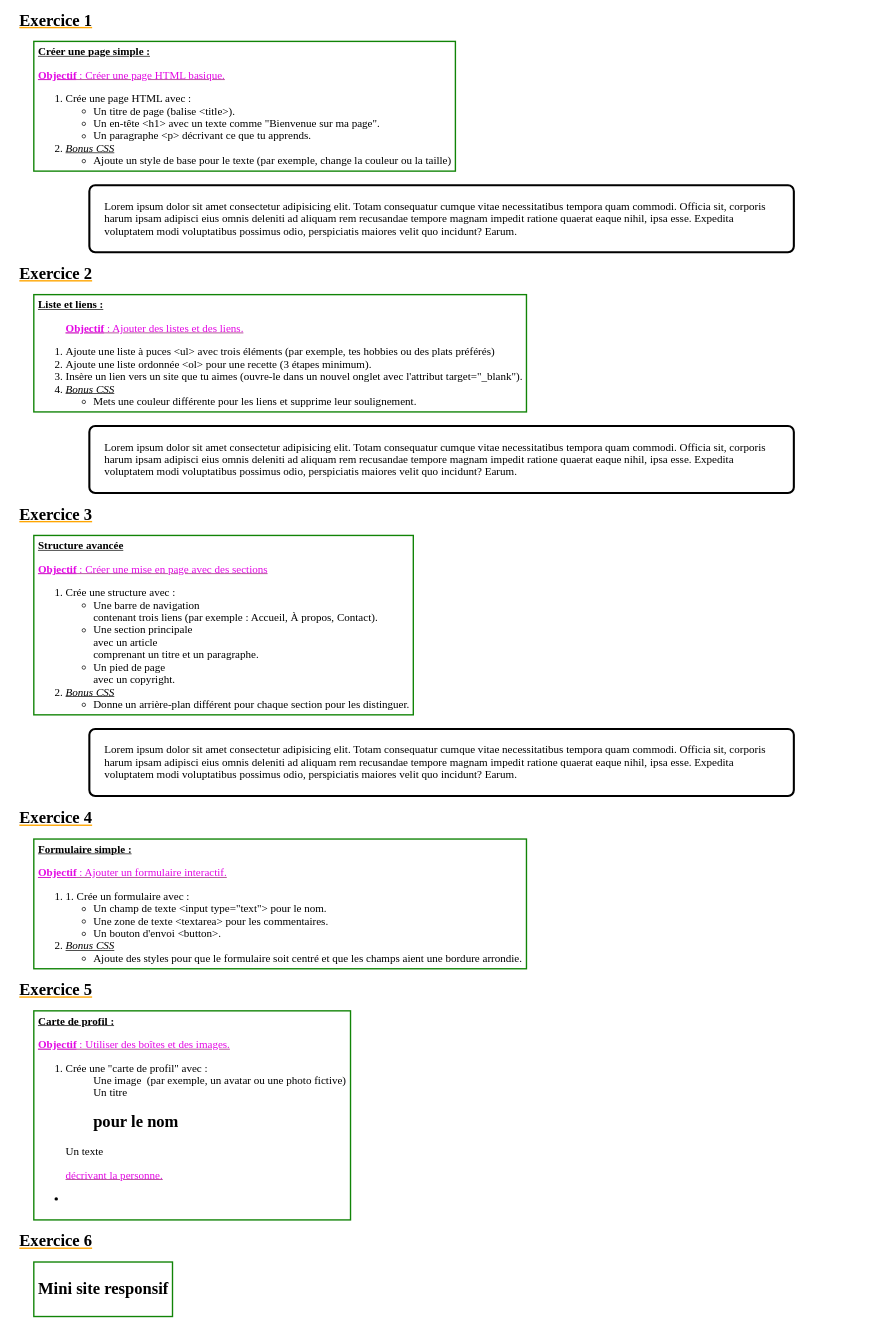
Repository: AnnaSpirit/Mimo_App
Page: Exercices_HTML&CSS.html
The author's editor kept a copy of each file at every save. The page is drawn from the files as they stood at one save, then again after a run of saves.
The browser window is 1280 px wide. The pictures show the whole page, at 69% of full size.

Above is the page before, as saved 2024-12-08 10:50:31.

### Exercices_HTML&CSS.html
<!DOCTYPE html>
<html lang="en">
<head>
    <meta charset="UTF-8">
    <meta name="viewport" content="width=device-width, initial-scale=1.0">
    <link rel="stylesheet" href="styleCSS.css">
    <title>Exercices HTML & CSS</title>
</head>
<body>
<div>
    <h1>Exercice 1</h1>
    <span class="Consigne"><b>Créer une page simple :</b><br>
        <p><b>Objectif</b> : Créer une page HTML basique.</p>
        <ol>
            <li>Crée une page HTML avec :
                <ul>
                    <li>Un titre de page (balise &lt;title&gt;).</li>
                    <li>Un en-tête &lt;h1&gt; avec un texte comme "Bienvenue sur ma page".</li>
                    <li>Un paragraphe &lt;p&gt; décrivant ce que tu apprends.</li>
                </ul>
            </li>
            <li><em>Bonus CSS</em>
                <ul>
                    <li>Ajoute un style de base pour le texte (par exemple, change la couleur ou la taille)</li>
                </ul>
            </li>
        </ol>
    </span>
    <br>
    <br>
    <span class="Resultat">Lorem ipsum dolor sit amet consectetur adipisicing elit. Totam consequatur cumque vitae necessitatibus tempora quam commodi. Officia sit, corporis harum ipsam adipisci eius omnis deleniti ad aliquam rem recusandae tempore magnam impedit ratione quaerat eaque nihil, ipsa esse. Expedita voluptatem modi voluptatibus possimus odio, perspiciatis maiores velit quo incidunt? Earum.</span>

</div>
    <div>
        <h1>Exercice 2</h1>
    <span class="Consigne"><b>Liste et liens :</b>
        <ol>
            <p><b>Objectif</b> : Ajouter des listes et des liens.</p>
            <li>Ajoute une liste à puces &lt;ul&gt; avec trois éléments (par exemple, tes hobbies ou des plats préférés)</li>
            <li>Ajoute une liste ordonnée &lt;ol&gt; pour une recette (3 étapes minimum).</li>
            <li>Insère un lien <a> vers un site que tu aimes (ouvre-le dans un nouvel onglet avec l'attribut target="_blank").</li>
            <li><em>Bonus CSS</em>
                <ul>
                    <li>Mets une couleur différente pour les liens et supprime leur soulignement.</li>
                </ul>
            </li>
        </ol>
    </span>
    <br>
    <br>
    <span class="Resultat">Lorem ipsum dolor sit amet consectetur adipisicing elit. Totam consequatur cumque vitae
        necessitatibus tempora quam commodi. Officia sit, corporis harum ipsam adipisci eius omnis deleniti ad aliquam rem
        recusandae tempore magnam impedit ratione quaerat eaque nihil, ipsa esse. Expedita voluptatem modi voluptatibus
        possimus odio, perspiciatis maiores velit quo incidunt? Earum.</span>
    </div>
    <div>
        <h1>Exercice 3</h1>
        <span class="Consigne"><b>Structure avancée</b><br>
        <p><b>Objectif</b> : Créer une mise en page avec des sections</p>
        <ol>
            <li>Crée une structure avec :</li>
            <ul>
                <li>Une barre de navigation <nav> contenant trois liens (par exemple : Accueil, À propos, Contact).</li>
                <li>Une section principale <main> avec un article <article> comprenant un titre et un paragraphe.</li>
                <li>Un pied de page <footer> avec un copyright.</li>
            </ul>
            <li><em>Bonus CSS </em></li>
            <ul>
                <li>Donne un arrière-plan différent pour chaque section pour les distinguer.</li>
            </ul></li>
        </ol>
    </span>
    <br>
    <br>
    <span class="Resultat">Lorem ipsum dolor sit amet consectetur adipisicing elit. Totam consequatur cumque vitae
        necessitatibus tempora quam commodi. Officia sit, corporis harum ipsam adipisci eius omnis deleniti ad aliquam rem
        recusandae tempore magnam impedit ratione quaerat eaque nihil, ipsa esse. Expedita voluptatem modi voluptatibus
        possimus odio, perspiciatis maiores velit quo incidunt? Earum.</span>
    </div>
    <div>
        <h1>Exercice 4</h1>
    <span class="Consigne"><b>Formulaire simple :</b><br>
        <p><b>Objectif</b> : Ajouter un formulaire interactif.</p>
        <ol>
            <li>1. Crée un formulaire avec :</li>
                <ul>
                    <li>Un champ de texte &lt;input type="text"&gt; pour le nom.</li>
                    <li>Une zone de texte &lt;textarea&gt; pour les commentaires.</li>
                    <li>Un bouton d'envoi &lt;button&gt;.</li>
                </ul>
            </li>
            <li><em>Bonus CSS</em>
                <ul>
                    <li>Ajoute des styles pour que le formulaire soit centré et que les champs aient une bordure arrondie.</li>
                </ul>
            </li>
        </ol>
    </div>
    <div>
        <h1>Exercice 5</h1>
        <span class="Consigne"><b>Carte de profil :</b><br>
            <p><b>Objectif</b> : Utiliser des boîtes et des images.</p>
            <ol>
                <li>Crée une "carte de profil" avec :</li>
                    <ul>
                        Une image <img> (par exemple, un avatar ou une photo fictive)</ul>
                    <ul>Un titre <h2> pour le nom</ol>
                    <ul>Un texte <p> décrivant la personne.</ol>
                </li>
                <li>
                    <ol></ol>
                </li>
            </ol>
    </div>
    <div>
        <h1>Exercice 6</h1>

    <span class="Consigne">
        <h2>Mini site responsif</span>
    </div>
</body>
</html>

### styleCSS.css
html{
    margin: 0 20px 0 20px;
}
h1{
    font-weight: bold;
    font-size: x-large;
    text-decoration: underline orange;
}

ol{
    margin-top: 5px;
    margin-bottom: 0;
}

.Consigne{
    border: 2px solid rgb(17, 132, 7);
        /* Une bordure noire de 2px */
        padding: 5px;
        /* Espace entre le texte et la bordure */
        display: inline-block;
        /* S'assurer que la bordure s'adapte au texte */
        margin: 0 20px;
            /* Décalage de 20px à droite et à gauche */
}
p{
    text-decoration: underline rgb(149, 18, 112);
    color: rgb(228, 7, 228);
}
b, em{
    font-family: fantasy;
    text-decoration: underline;
}
.Resultat{
    border: 3px solid black;
    /* Une bordure noire de 2px */
    padding: 20px;
    /* Espace entre le texte et la bordure */
    border-radius: 10px;
    /* Coins arrondis */
    display: inline-block;
    /* S'assurer que la bordure s'adapte au texte */
    margin: 0 100px 0 100px;
}

After the next 2 saves:
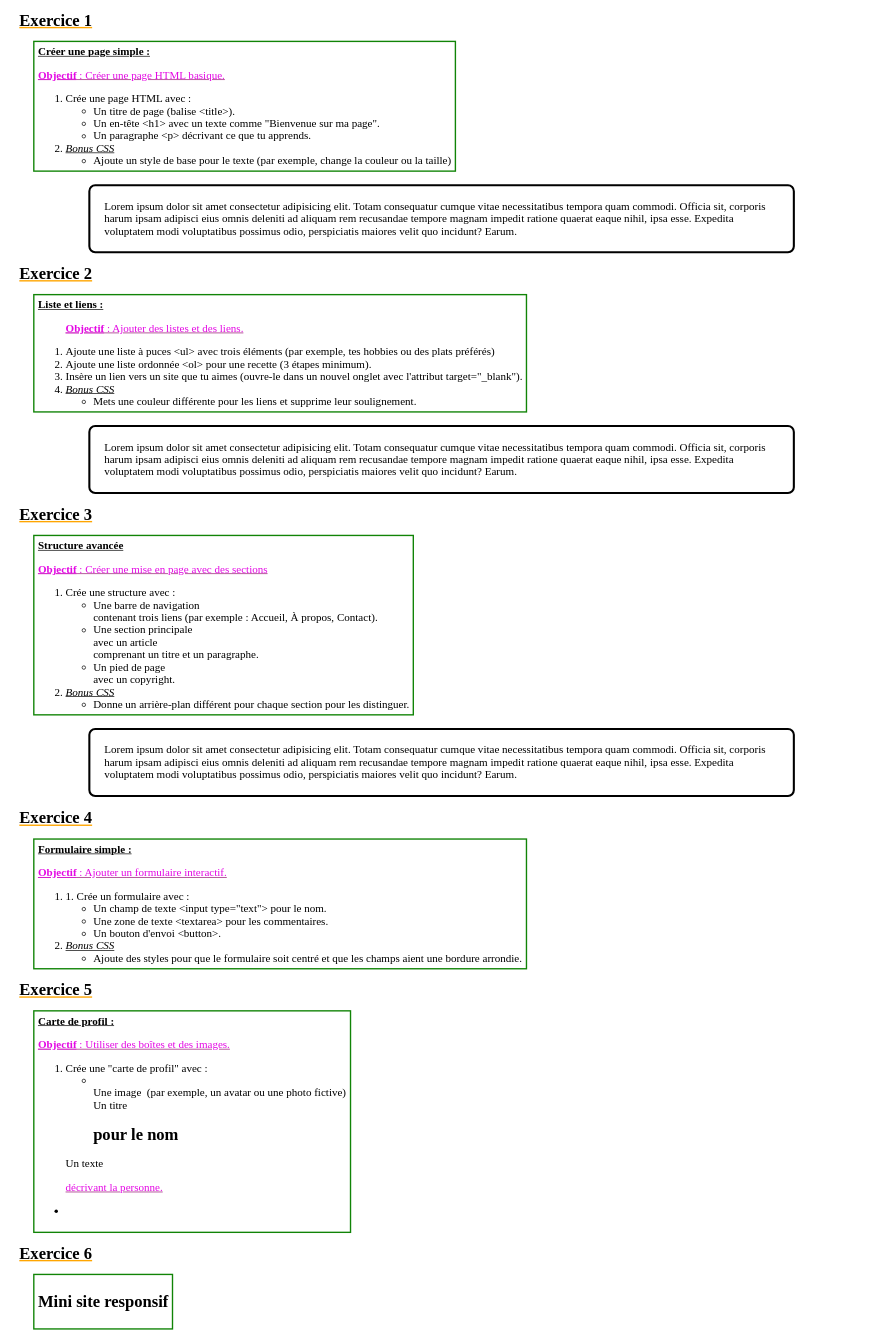
The 2 saves are shown as one change because they came seconds apart.
The last was saved 7 s later.
--- a/Exercices_HTML&CSS.html
+++ b/Exercices_HTML&CSS.html
@@ -103,7 +103,7 @@
             <ol>
                 <li>Crée une "carte de profil" avec :</li>
                     <ul>
-                        Une image <img> (par exemple, un avatar ou une photo fictive)</ul>
+                        <li></li>Une image <img> (par exemple, un avatar ou une photo fictive)</ul>
                     <ul>Un titre <h2> pour le nom</ol>
                     <ul>Un texte <p> décrivant la personne.</ol>
                 </li>

After the save that followed:
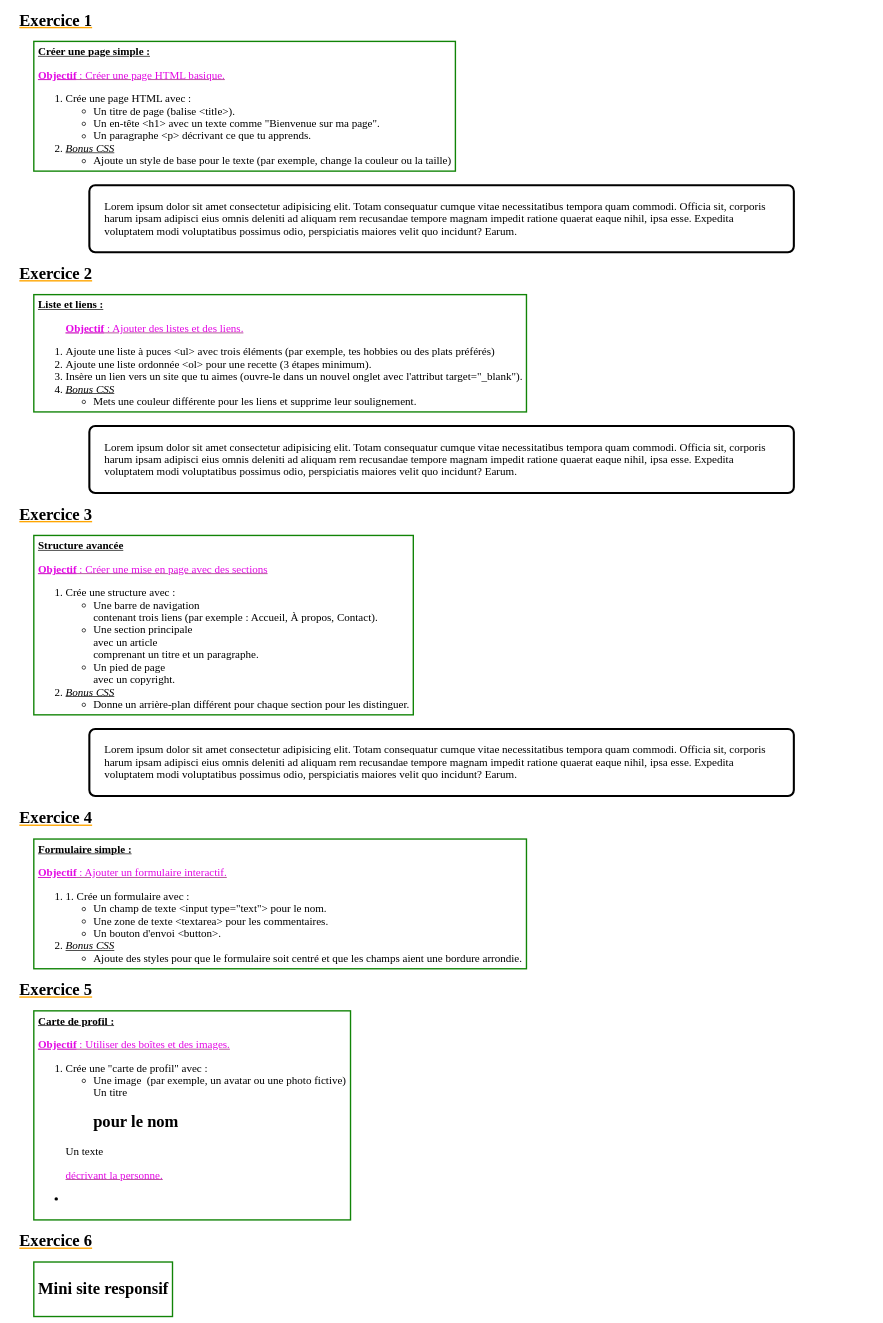
Saved 7 s later.
--- a/Exercices_HTML&CSS.html
+++ b/Exercices_HTML&CSS.html
@@ -103,7 +103,7 @@
             <ol>
                 <li>Crée une "carte de profil" avec :</li>
                     <ul>
-                        <li></li>Une image <img> (par exemple, un avatar ou une photo fictive)</ul>
+                        <li>Une image <img> (par exemple, un avatar ou une photo fictive)</ul>
                     <ul>Un titre <h2> pour le nom</ol>
                     <ul>Un texte <p> décrivant la personne.</ol>
                 </li>
